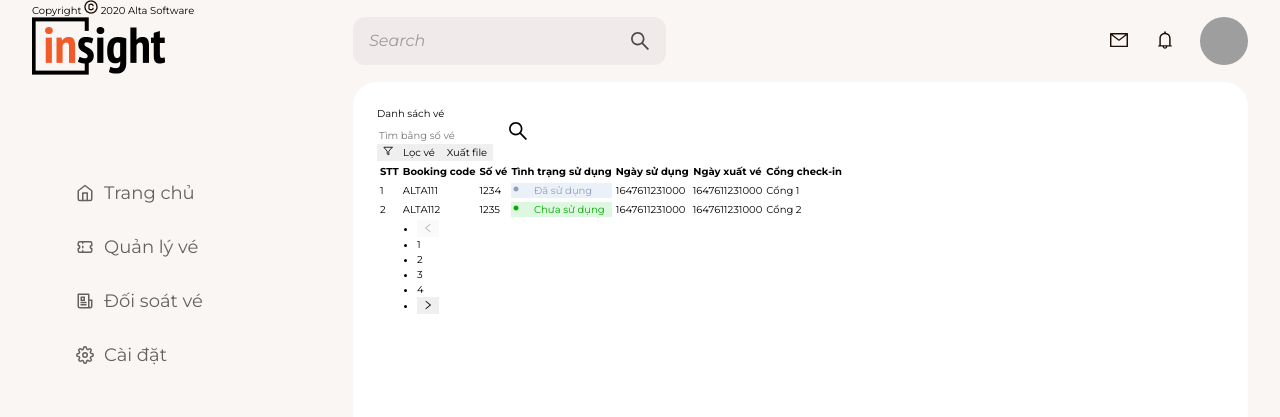
Repository: ledoanmk43/CMS_Ticket-Sale
Page: /TicketManagement (app in cms-app/)
The author's editor kept a copy of each file at every save. The page is drawn from the files as they stood at one save, then again after the next save.
The browser window is 1280 px wide. The pictures show the whole page.
Pictures or frames that could not be fetched are drawn as grey boxes. The project was rebuilt for these pictures with package versions that can differ from the ones it lists, and the page was loaded fresh each time. Also part of the build but not shown: cms-app/src/layout/Main/Dashboard.tsx, cms-app/src/layout/Main/ServicePack.tsx, cms-app/src/layout/Main/TicketCheck.tsx.

Above is the page before, as saved 2022-03-18 15:05:19.

After the next save:
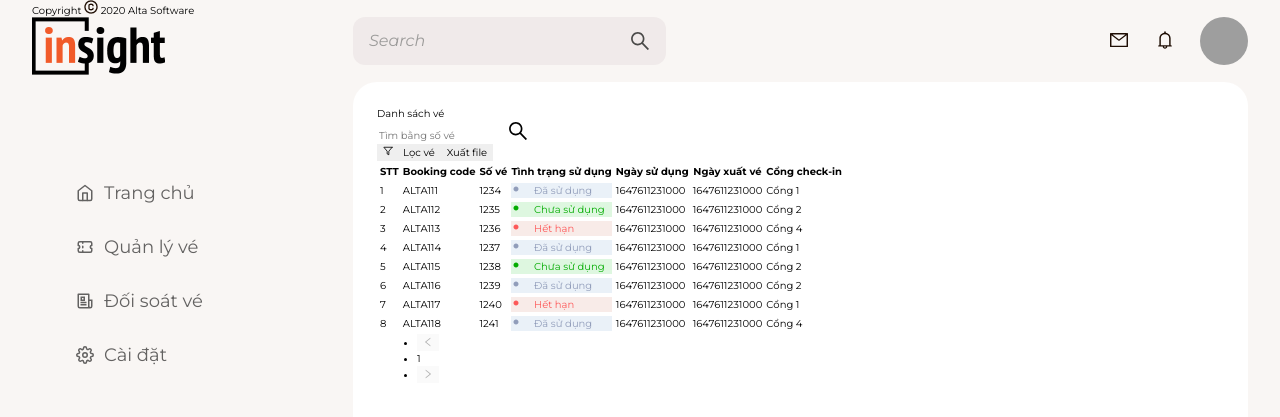
Saved 20 s later.
--- a/cms-app/src/layout/Main/TicketManage.tsx
+++ b/cms-app/src/layout/Main/TicketManage.tsx
@@ -201,7 +201,6 @@
         pagination={{
           position: ['bottomCenter'],
 
-          pageSize: pageSize,
           onChange: (page, pageSize) => {
             setPage(page)
             setPageSize(pageSize)

After the save that followed:
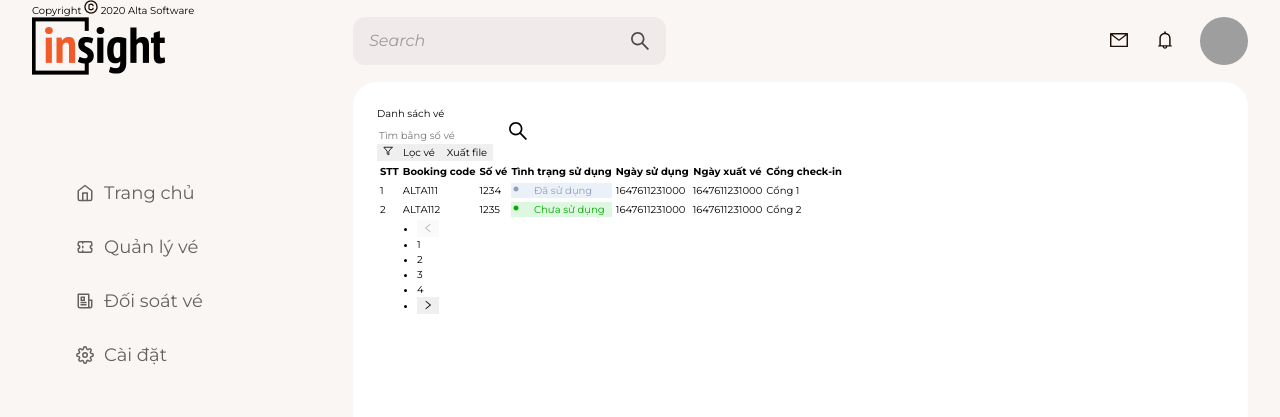
Saved 8 s later.
--- a/cms-app/src/layout/Main/TicketManage.tsx
+++ b/cms-app/src/layout/Main/TicketManage.tsx
@@ -200,7 +200,8 @@
         dataSource={data}
         pagination={{
           position: ['bottomCenter'],
-
+          current: page,
+          pageSize: pageSize,
           onChange: (page, pageSize) => {
             setPage(page)
             setPageSize(pageSize)
